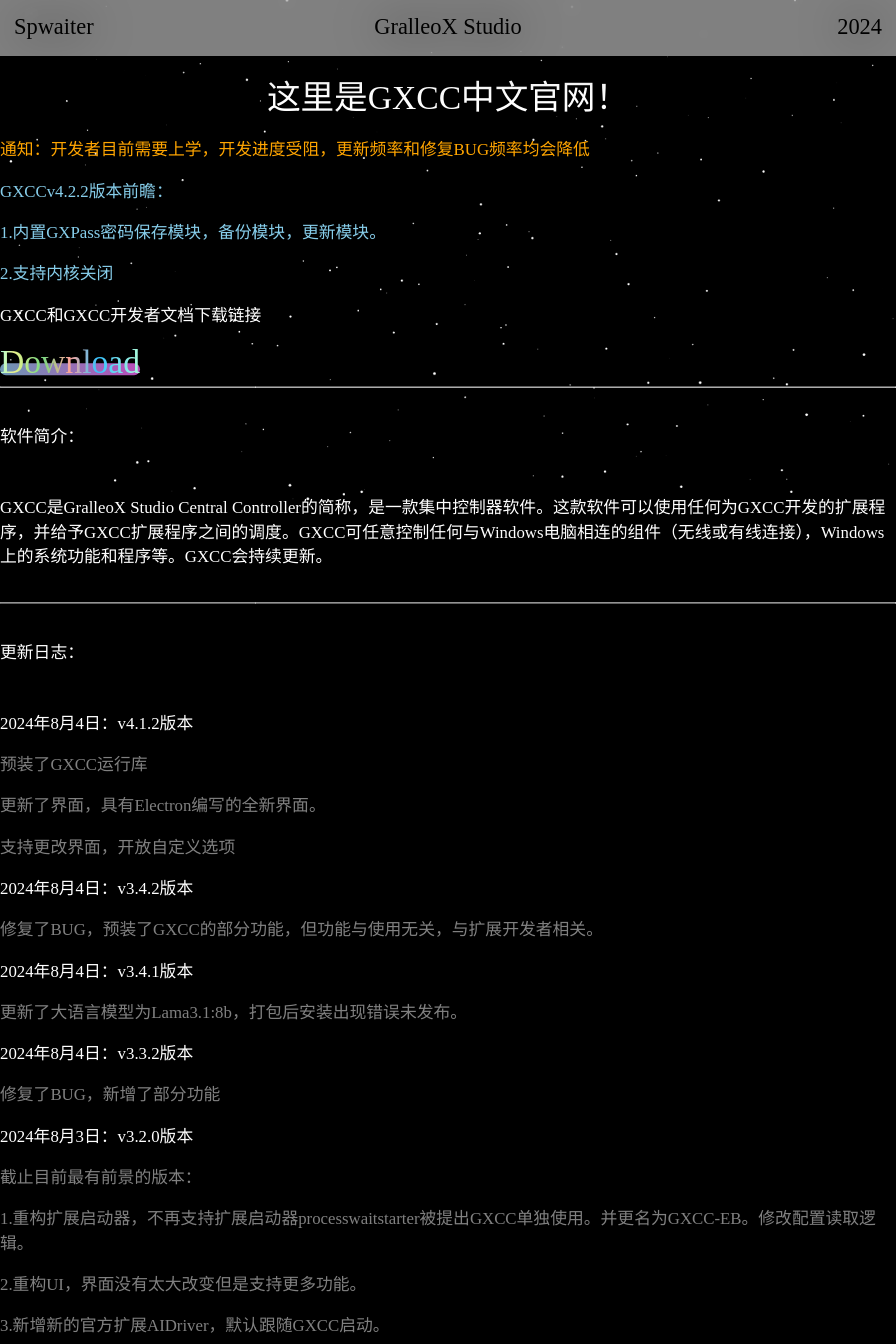
Repository: Lisu-Liso/GXCC
Page: index.html
An editor plug-in stored every save of this project. The page is shown before and after a run of saves, followed by the edit.
The browser window is 1280 px wide. The pictures show the part of the page from y = 0 to 1920 px (the page is 4125 px tall before and 4184 px after), at 70% of full size.

Above is the page before, as saved 2024-10-05 21:17:30.

### index.html
<!DOCTYPE html>
<html lang="zh">
    <head>
        <meta http-equiv="Content-Type" content="text/html;charset=utf-8">
        <title>GXCC - GralleoX Studio</title>
        <link rel="stylesheet" type="text/css" href="./header.css">
        <link rel="shortcut icon" href="./GralleoX logo v2 web.ico">
        <style>
            body{
                overflow        : scroll;
                background-color: black;
                top             : 0;
                bottom          : 0;
                left            : 0;
                right           : 0;
                margin-top      : 100px;
                margin-bottom   : 0;
                margin-left     : 0;
                margin-right    : 0;
                user-select     : none;
            }
            ::-webkit-scrollbar{display: none;}
            .getin_screen{
                position        : fixed;
                top             : 0;
                bottom          : 0;
                left            : 0;
                right           : 0;
                background-color: rgba(0,0,0,0);
                color           : rgba(0,0,0,0);
                animation       : getinanimation 4s ease-in-out;
                text-align      : center;
                display         : table-cell;
            }
            @keyframes getinanimation{
                0% {
                    background-color       : rgba(255,255,255,1);
                    color                  : black;
                    backdrop-filter        : blur(15px);
                    -webkit-backdrop-filter: blur(15px);
                }
                40% {
                    background-color       : rgba(255,255,255,0.5);
                    color                  : black;
                    backdrop-filter        : blur(15px);
                    -webkit-backdrop-filter: blur(15px);
                }
                70% {
                    background-color       : rgba(255,255,255,0.5);
                    color                  : black;
                    backdrop-filter        : blur(15px);
                    -webkit-backdrop-filter: blur(15px);
                }
                100% {
                    background-color       : rgba(0,0,0,0);
                    color                  : rgba(0,0,0,0);
                    backdrop-filter        : blur(0px);
                    -webkit-backdrop-filter: blur(0px);
                }
            }
            .download_block{
                position               : fixed;
                top                    : 100px;
                left                   : 100px;
                right                  : 100px;
                bottom                 : 100px;
                margin-top             : 10px;
                margin-left            : 10px;
                margin-right           : 10px;
                margin-bottom          : 10px;
                background-color       : rgba(255,255,255,0.5);
                backdrop-filter        : blur(15px);
                -webkit-backdrop-filter: blur(15px);
                border-radius          : 100px;
                box-shadow             : 0 20px 50px rgba(0,0,0,0.2);
            }
            @keyframes blockout{
                0% {
                    background-color       : rgba(255,255,255,0);
                    backdrop-filter        : blur(0px);
                    -webkit-backdrop-filter: blur(0px);
                    box-shadow             : 0 20px 50px rgba(0,0,0,0);
                    opacity                : 0;
                }
                100% {
                    background-color       : rgba(255,255,255,0.5);
                    backdrop-filter        : blur(15px);
                    -webkit-backdrop-filter: blur(15px);
                    box-shadow             : 0 20px 50px rgba(0,0,0,0.2);
                    opacity                : 1;
                }
            }
            @keyframes blockquite{
                0% {
                    background-color       : rgba(255,255,255,0.5);
                    backdrop-filter        : blur(15px);
                    -webkit-backdrop-filter: blur(15px);
                    box-shadow             : 0 20px 50px rgba(0,0,0,0.2);
                    opacity                : 1;
                }
                100% {
                    background-color       : rgba(255,255,255,0);
                    backdrop-filter        : blur(0px);
                    -webkit-backdrop-filter: blur(0px);
                    box-shadow             : 0 20px 50px rgba(0,0,0,0);
                    opacity                : 0;
                }
            }
            .header-float{
                position: fixed;
                top     : 0;
                left    : 0;
                right   : 0;
                width   : 100%;
            }
            .black_board{
                position               : fixed;
                top                    : 80px;
                left                   : 0;
                right                  : 0;
                bottom                 : 0;
                margin-top             : 0;
                margin-left            : 0;
                margin-right           : 0;
                margin-bottom          : 0;
                backdrop-filter        : blur(15px);
                -webkit-backdrop-filter: blur(15px);
                background-color       : rgba(0,0,0,0.3);
            }
            @keyframes boardout{
                0% {
                    backdrop-filter        : blur(0px);
                    -webkit-backdrop-filter: blur(0px);
                    background-color       : rgba(0,0,0,0);
                }
                100% {
                    backdrop-filter        : blur(15px);
                    -webkit-backdrop-filter: blur(15px);
                    background-color       : rgba(0,0,0,0.3);
                }
            }
            @keyframes boardquite{
                0% {
                    backdrop-filter        : blur(15px);
                    -webkit-backdrop-filter: blur(15px);
                    background-color       : rgba(0,0,0,0.3);
                }
                100% {
                    backdrop-filter        : blur(0px);
                    -webkit-backdrop-filter: blur(0px);
                    background-color       : rgba(0,0,0,0);
                }
            }
            .newbutton{
                background   : linear-gradient(75deg,rgba(145, 202, 240, 0.75),rgba(248, 102, 248, 0.75));
                border-radius: 20px;
                text-align   : center;
                cursor       : pointer;
            }
            :root {
                --rainbow-gradient: linear-gradient(-90deg,#adfbda 0,#35c3ff 30%,#fda399 50%,#76d880 70%,#ebf38b 90%,#adfbda 100%);
            }
            .article-header--title {
                background-image       : var(--rainbow-gradient,#fff);
                background-size        : 100%;
                background-repeat      : repeat;
                background-clip        : text;
                -webkit-background-clip: text;
                -webkit-text-fill-color: transparent;
                -moz-background-clip   : text;
                -moz-text-fill-color   : transparent;
                filter                 : drop-shadow(0 0 2rpx #000);
                text-shadow            : none!important;
                cursor                 : pointer;
            }
            a{
                text-decoration: none;
            }
            font{
                cursor : default;
            }
            .backgroundimage{
                position: fixed;
                top     : 0;
                left    : 0;
                right   : 0;
                width   : 100%;
                height  : 100%;
                z-index: -1;
            }
            .normaltext{
                font-size: 18pt;
                color: white;
            }
            .smallnormaltext{
                font-size: 12pt;
                color: white;
            }
        </style>
    </head>
    <body>
        <canvas id="bgCanvas" class="backgroundimage"></canvas>
        <script>
            // 获取画布
            var canvas = document.getElementById('bgCanvas');
            var ctx = canvas.getContext('2d');

            // 设置画布尺寸与窗口大小一致
            canvas.width = window.innerWidth;
            canvas.height = window.innerHeight;

            // 创建一个数组用于存储星星的信息
            var stars = [];

            // 创建星星对象
            function Star(x, y, radius, color, speed) {
                this.x = x;
                this.y = y;
                this.radius = radius;
                this.color = color;
                this.speed = speed;
            }

            // 初始化星星
            function init() {
                for (var i = 0; i < 200; i++) {
                    var x = Math.random() * canvas.width;
                    var y = Math.random() * canvas.height;
                    var radius = Math.random() * 2;
                    var color = 'white';
                    var speed = Math.random() * 0.5;

                    stars.push(new Star(x, y, radius, color, speed));
                }
            }

            // 绘制星星
            function drawStars() {
                ctx.clearRect(0, 0, canvas.width, canvas.height);

                for (var i = 0; i < stars.length; i++) {
                    var star = stars[i];

                    ctx.beginPath();
                    ctx.arc(star.x, star.y, star.radius, 0, Math.PI * 2);
                    ctx.fillStyle = star.color;
                    ctx.fill();
                }
            }

            // 更新星星位置
            function updateStars() {
                for (var i = 0; i < stars.length; i++) {
                    var star = stars[i];

                    star.x += star.speed;

                    if (star.x > canvas.width) {
                        star.x = 0;
                    }
                }
            }

            // 动画循环
            function animate() {
                requestAnimationFrame(animate);

                drawStars();
                updateStars();
            }

            // 初始化并启动动画
            init();
            animate();
        </script>
        <div style="text-align:center;top:0;left:0;right:0;"><font size="7"color="white">这里是GXCC中文官网！</font></div>
        <p class="normaltext" style="color: orange;">通知：开发者目前需要上学，开发进度受阻，更新频率和修复BUG频率均会降低</p>
        <p class="normaltext" style="color: skyblue;">GXCCv4.2.2版本前瞻：</p>
        <p class="normaltext" style="color: skyblue;">1.内置GXPass密码保存模块，备份模块，更新模块。</p>
        <p class="normaltext" style="color: skyblue;">2.支持内核关闭</p>
        <p class="normaltext">GXCC和GXCC开发者文档下载链接</p>
        <a class="newbutton" onclick="join_us()"><font class="article-header--title" size="7">Download</font></a>
        <div class="black_board" id="bb"></div>
        <div class="download_block" id="download_block">
            <div style="text-align: center">
                <a class="newbutton" onclick="close_download_block()"><font class="article-header--title" size="7">点击关闭此框</font></a>
            </div>
            <div style="margin-left: 1cm;">
                <font size="7" color="black">这里是下载链接</font>
                <br>
                <font class="normaltext" style="color:red;">如果杀毒软件报告有病毒请忽略，此软件已经经过Microsoft Defender检测，360纯属误报。</font>
                <br>
                <font class="smallnormaltext" style="color: #76d880;">软件声明：您对AI说过的一切内容由你本地的计算机进行计算和处理，无需上传网络，请放心共享您的信息。出于运行需要，你对AI分享的信息会被作为日志保存在AIDriver扩展的文件夹中的日志文件中，如果你需要清除这些信息，请不要删除这些文件。请打开文件并写入‘1’作为占位，否则会影响AIDriver的正常运行。</font>
                <br>
                <a class="normaltext newbutton" href="https://github.com/Lisu-Liso/GXCC/releases">Link</a>
            </div>
        </div>
        <hr/>
        <br>
        <p class="normaltext">软件简介：</p>
        <br>
        <p class="normaltext">GXCC是GralleoX Studio Central Controller的简称，是一款集中控制器软件。这款软件可以使用任何为GXCC开发的扩展程序，并给予GXCC扩展程序之间的调度。GXCC可任意控制任何与Windows电脑相连的组件（无线或有线连接），Windows上的系统功能和程序等。GXCC会持续更新。</p>
        <br>
        <hr/>
        <br>
        <p class="normaltext">更新日志：</p>
        <br>
        <p class="normaltext">2024年8月4日：v4.1.2版本</p>
        <p class="normaltext" style="color: grey;">预装了GXCC运行库</p>
        <p class="normaltext" style="color: grey;">更新了界面，具有Electron编写的全新界面。</p>
        <p class="normaltext" style="color: grey;">支持更改界面，开放自定义选项</p>
        <p class="normaltext" style="color: grey;"></p>
        <p class="normaltext">2024年8月4日：v3.4.2版本</p>
        <p class="normaltext" style="color: grey;">修复了BUG，预装了GXCC的部分功能，但功能与使用无关，与扩展开发者相关。</p>
        <p class="normaltext">2024年8月4日：v3.4.1版本</p>
        <p class="normaltext" style="color: grey;">更新了大语言模型为Lama3.1:8b，打包后安装出现错误未发布。</p>
        <p class="normaltext">2024年8月4日：v3.3.2版本</p>
        <p class="normaltext" style="color: grey;">修复了BUG，新增了部分功能</p>
        <p class="normaltext">2024年8月3日：v3.2.0版本</p>
        <p class="normaltext" style="color: grey;">截止目前最有前景的版本：</p>
        <p class="normaltext" style="color: grey;">1.重构扩展启动器，不再支持扩展启动器processwaitstarter被提出GXCC单独使用。并更名为GXCC-EB。修改配置读取逻辑。</p>
        <p class="normaltext" style="color: grey;">2.重构UI，界面没有太大改变但是支持更多功能。</p>
        <p class="normaltext" style="color: grey;">3.新增新的官方扩展AIDriver，默认跟随GXCC启动。</p>
        <p class="normaltext" style="color: grey;">4.新增新的官方扩展ExtensionsManager包管理器，用于管理扩展的存在或者配置。（目前ExtensionsManager的卸载功能处于不可用状态，后续我们会发布卸载程序的扩展包提供安装。）</p>
        <p class="normaltext" style="color: grey;">5.更改扩展的开发文档，不再兼容之前的包体，但依然可以快速迁移到新版本。</p>
        <br>
        <p class="normaltext">2024年?月?日：v2.1.0版本</p>
        <p class="normaltext" style="color: grey;">该版本由于BUG极多并未发布，但是功能如下：</p>
        <p class="normaltext" style="color: grey;">1.修改了扩展启动器逻辑</p>
        <p class="normaltext" style="color: grey;">2.更新了扩展包包体结构</p>
        <p class="normaltext" style="color: grey;">3.弃用了v1.0.0版本中的对Extensions分类的名字</p>
        <p class="normaltext" style="color: grey;">3.分离内核与UI代码，扩大了UI程序的可扩展性。</p>
        <br>
        <p class="normaltext">2024年3月17日：v1.0.0版本</p>
        <p class="normaltext" style="color: grey;">能够使用最基本的Listenner和Runner扩展程序，支持Extend Extensions。</p>
        <hr>
        <p class="normaltext">使用的开发工具和依赖：</p>
        <p class="normaltext" style="color:orange;">GXCC：（部分行存在链接）</p>
        <p class="normaltext" style="color:grey;">Qt Creator 4.11.1 x64</p>
        <p class="normaltext" style="color:grey;">Electron v31.4.0</p>
        <p class="normaltext" style="color:orange;">GXCC_Core：（部分行存在链接）</p>
        <p class="normaltext" style="color:grey;">Qt Creator 4.11.1 x64</p>
        <a href="https://github.com/nlohmann/json"><p class="normaltext" style="color:grey;">nlohmann/json.hpp</p></a>
        <p class="normaltext" style="color:orange;">GXCC-EB：（部分行存在链接）</p>
        <p class="normaltext" style="color:grey;">Qt Creator 4.11.1 x64</p>
        <a href="https://github.com/nlohmann/json"><p class="normaltext" style="color:grey;">nlohmann/json.hpp</p></a>
        <p class="normaltext" style="color:orange;">ExtensionInstaller：（部分行存在链接）</p>
        <p class="normaltext" style="color:grey;">TDM-GCC-64 10.3.0</p>
        <a href="https://github.com/nlohmann/json"><p class="normaltext" style="color:grey;">nlohmann/json.hpp</p></a>
        <p class="normaltext" style="color:orange;">test扩展-监听器示例：</p>
        <p class="normaltext" style="color:grey;">TDM-GCC-64 10.3.0</p>
        <p class="normaltext" style="color:orange;">test2扩展-执行器示例：</p>
        <p class="normaltext" style="color:grey;">TDM-GCC-64 10.3.0</p>
        <p class="normaltext" style="color:orange;">ExtensionsManager：（部分行存在链接）</p>
        <p class="normaltext" style="color:grey;">Qt Creator 4.11.1 x64</p>
        <a href="https://github.com/nlohmann/json"><p class="normaltext" style="color:grey;">nlohmann/json.hpp</p></a>
        <p class="normaltext" style="color: brown;">ExtensionInstaller</p>
        <p class="normaltext" style="color: brown;">ExtensionUninstaller（未完成开发）</p>
        <p class="normaltext" style="color:orange;">AIDriver（GXCC3特色官方扩展）：（部分行存在链接）</p>
        <p class="normaltext" style="color:grey;">TDM-GCC-64 10.3.0</p>
        <p class="normaltext" style="color:grey;">Python 3.12 x64</p>
        <p class="normaltext" style="color:grey;">TDM-GCC-64 10.3.0</p>
        <p class="normaltext" style="color:grey;">Python 3.12 x64</p>

        <div class="headerblock">
            <div class="centertext"><font size="6">GralleoX Studio</font></div>
            <div class="lefttext"><font size="6">Spwaiter</font></div>
            <div class="righttext"><font size="6">2024</font></div>
        </div>
        <div class="getin_screen" id="getin">
            <font size="7" id="getintext">网站正在加载，请稍后...</font>
        </div>
    </body>
    <script type="text/javascript">
        let t = document.getElementById("download_block");
        t.style.display = "none";

        t = document.getElementById("bb");
        t.style.display = "none";
    </script>
    <script type="text/javascript">
        setTimeout(function(){
            let t = document.getElementById("getintext");
            t.innerHTML = "网站加载完毕，即将进入网站。";
            setTimeout(function(){
                let t = document.getElementById("getin");
                t.style.display = "none";
            },2000);
        },2000);
        function join_us(){
            let t = document.getElementById("download_block");
            t.style.display = "block";
            t.style.animation = "blockout 0.5s ease-in-out";

            t = document.getElementById("bb");
            t.style.display = "block";
            t.style.animation = "boardout 0.5s ease-in-out";
        }
        function close_download_block(){
            let t = document.getElementById("download_block");
            t.style.animation = "blockquite 0.5s ease-in-out";

            t = document.getElementById("bb");
            t.style.animation = "boardquite 0.5s ease-in-out";
            setTimeout(function(){
                let t = document.getElementById("download_block");
                t.style.display = "none";

                t = document.getElementById("bb");
                t.style.display = "none";
            },500);
        }
    </script>
</html>

### header.css
.headerblock{
    position               : fixed;
    top                    : 0px;
    left                   : 0px;
    right                  : 0px;
    margin-top             : 0px;
    margin-left            : 0px;
    margin-right           : 0px;
    width                  : 100%;
    height                 : 80px;
    background-color       : rgba(255,255,255,0.5);
    backdrop-filter        : blur(10px);
    -webkit-backdrop-filter: blur(10px);
    box-shadow             : 0 20px 50px rgba(0,0,0,0.2);
    align-items            : center;
}
.centertext{
    position    : fixed;
    top         : 0;
    left        : 0;
    right       : 0;
    margin-top  : 20px;
    margin-left : 20px;
    margin-right: 20px;
    text-align  : center;
    filter      : drop-shadow(0 0 2rem #000);
    text-shadow : none!important;
    color       : black;
}
.lefttext{
    position    : fixed;
    top         : 0;
    left        : 0;
    right       : 0;
    margin-top  : 20px;
    margin-left : 20px;
    margin-right: 20px;
    text-align  : left;
    filter      : drop-shadow(0 0 2rem #000);
    text-shadow : none!important;
    color       : black;
}
.righttext{
    position    : fixed;
    top         : 0;
    left        : 0;
    right       : 0;
    margin-top  : 20px;
    margin-left : 20px;
    margin-right: 20px;
    text-align  : right;
    filter      : drop-shadow(0 0 2rem #000);
    text-shadow : none!important;
    color       : black;
}

After the next 2 saves:
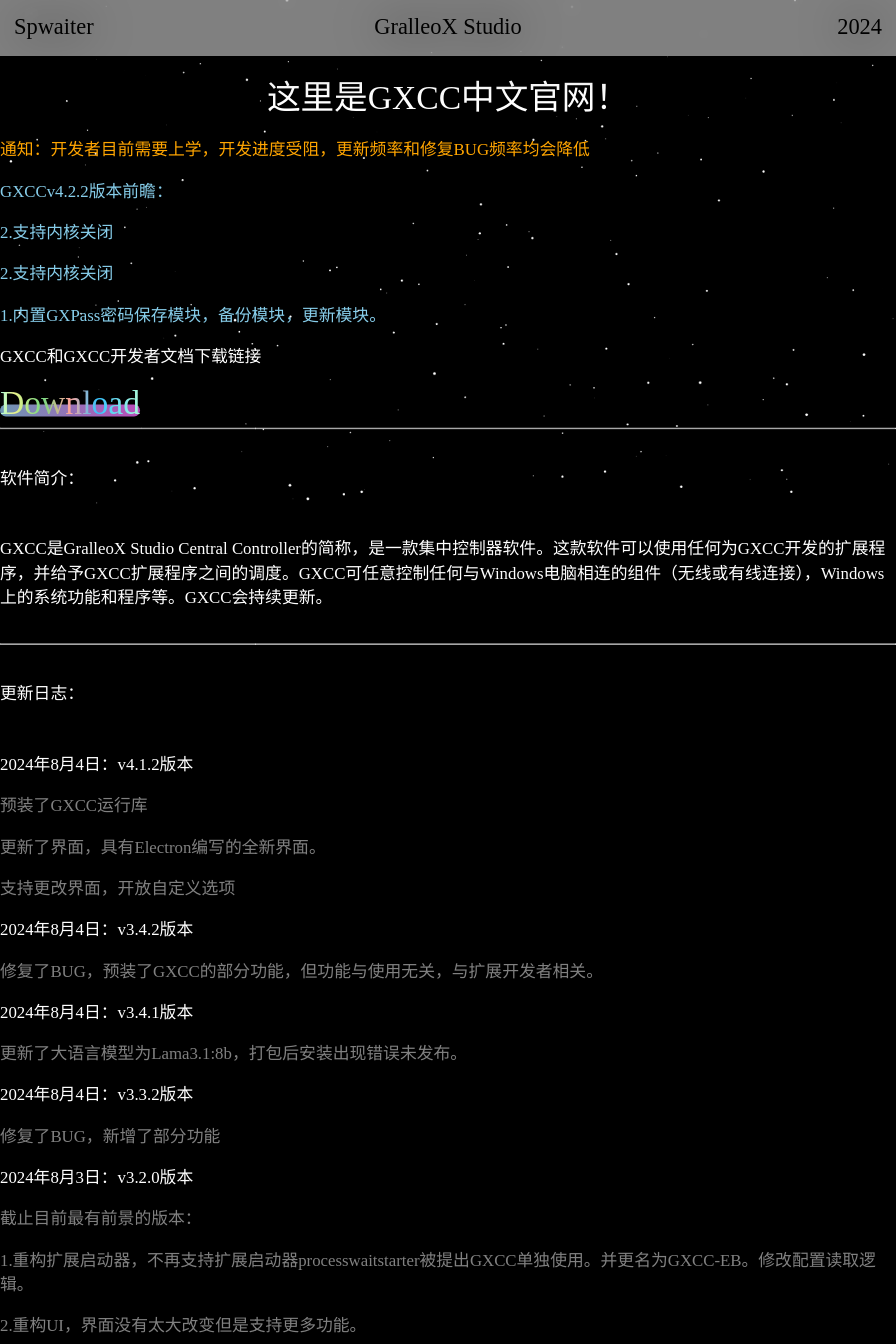
The 2 saves are shown as one change because they came seconds apart.
The last was saved 6 s later.
--- a/index.html
+++ b/index.html
@@ -276,8 +276,9 @@
         <div style="text-align:center;top:0;left:0;right:0;"><font size="7"color="white">这里是GXCC中文官网！</font></div>
         <p class="normaltext" style="color: orange;">通知：开发者目前需要上学，开发进度受阻，更新频率和修复BUG频率均会降低</p>
         <p class="normaltext" style="color: skyblue;">GXCCv4.2.2版本前瞻：</p>
+        <p class="normaltext" style="color: skyblue;">2.支持内核关闭</p>
+        <p class="normaltext" style="color: skyblue;">2.支持内核关闭</p>
         <p class="normaltext" style="color: skyblue;">1.内置GXPass密码保存模块，备份模块，更新模块。</p>
-        <p class="normaltext" style="color: skyblue;">2.支持内核关闭</p>
         <p class="normaltext">GXCC和GXCC开发者文档下载链接</p>
         <a class="newbutton" onclick="join_us()"><font class="article-header--title" size="7">Download</font></a>
         <div class="black_board" id="bb"></div>
